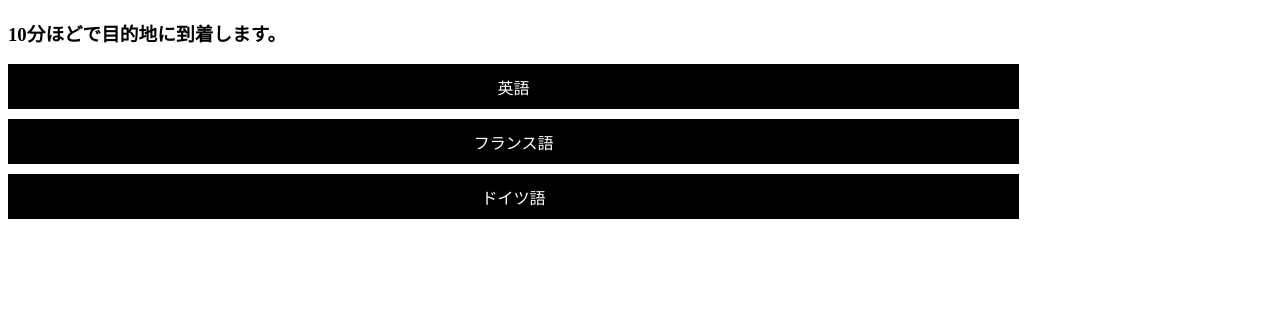
Repository: MBR3/MBR3.github.io
Page: index.html
An editor plug-in stored every save of this project. The page is shown before and after the next save, followed by the edit.
The browser window is 1280 px wide. The pictures show the whole page.

Above is the page before, as saved 2022-10-22 12:44:13.

After the next save:
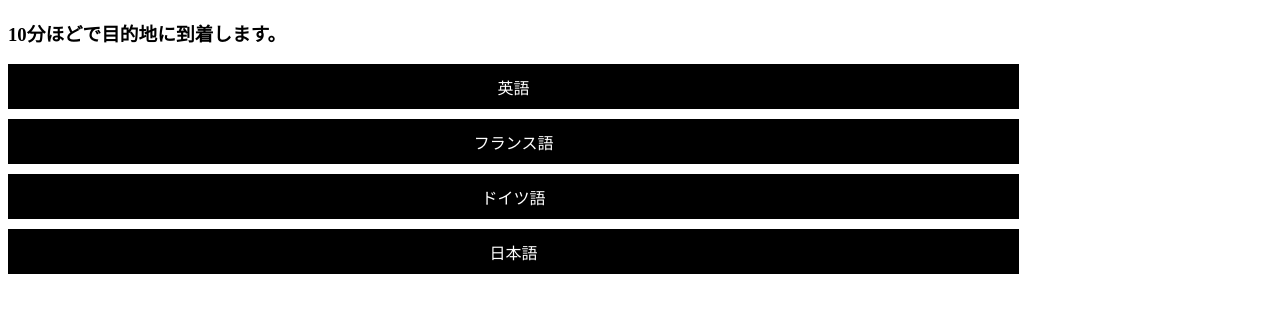
Saved 49 s later.
--- a/index.html
+++ b/index.html
@@ -23,5 +23,10 @@
         <audio id="ger_btn_audio">
             <source src="./audio/german-10.mp3" type="audio/mp3">
         </audio>
+
+        <div class="btn" onclick="ger_audio()">日本語</div>
+        <audio id="jpn_btn_audio">
+            <source src="./audio/japanese-10.mp3" type="audio/mp3">
+        </audio>
     </body>
 </html>
